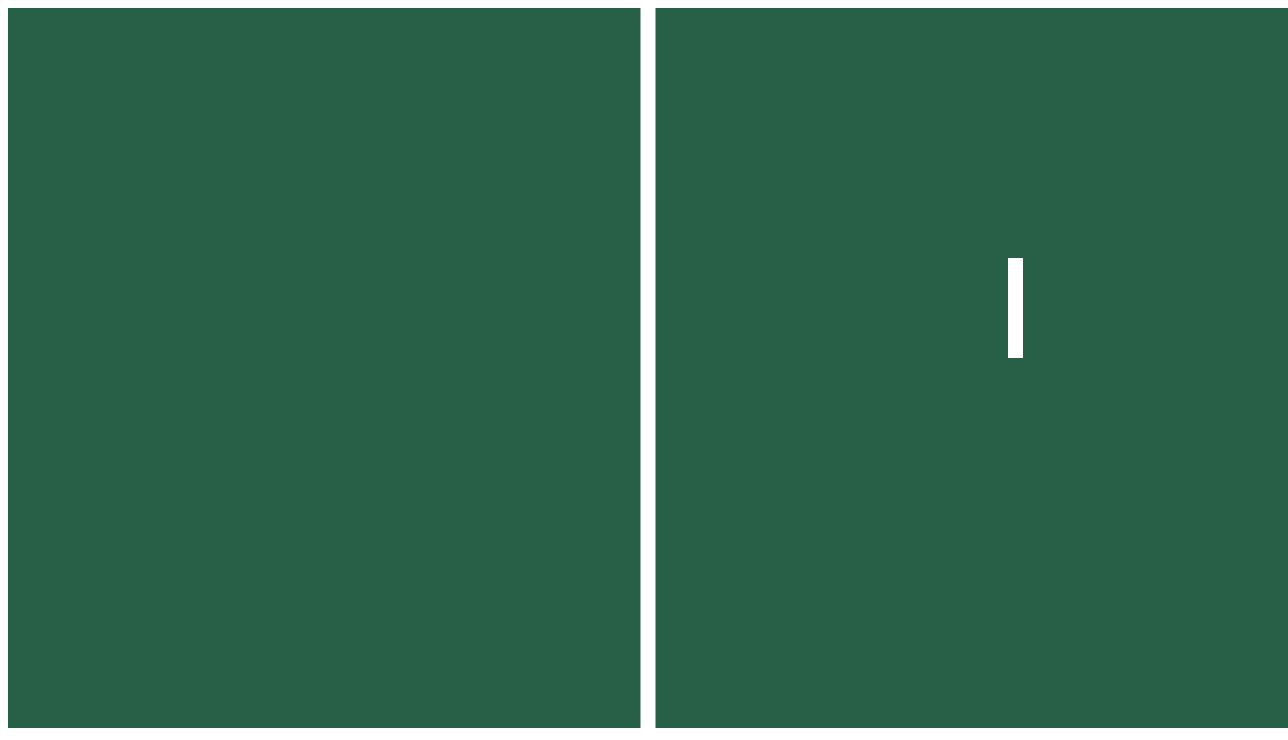
Repository: luizgaivaa/Game
Page: index.html
These files come from the project's save history. The page is drawn as it stood at one moment and after the next save; the edit follows.
The browser window is 1280 px wide. The page is 1288 px wide, so the pictures cover 1288 px, including what lies to the right of the window. The pictures show the whole page.

Above is the page before, as saved 2024-03-26 15:55:06.

After the next save:
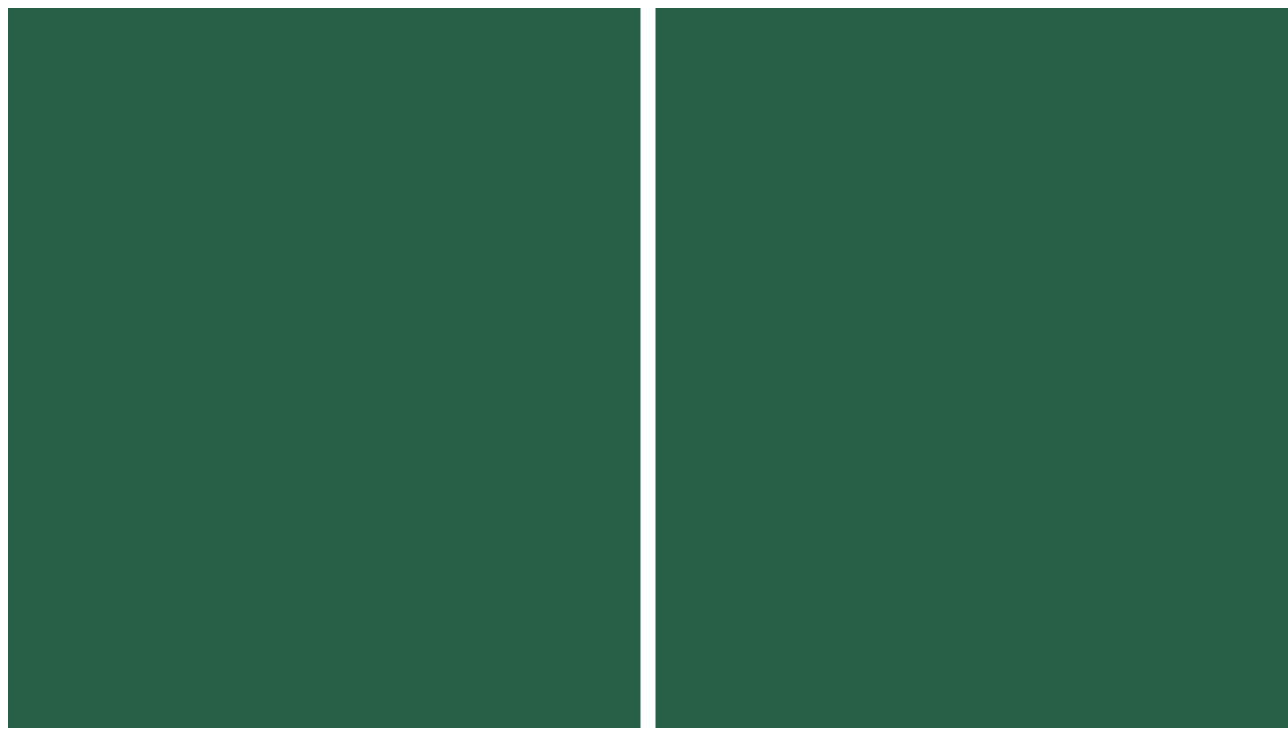
Saved 6 s later.
--- a/index.html
+++ b/index.html
@@ -28,7 +28,7 @@
             const h = window.innerHeight
 
             canvasCtx.fillRect(x,y,w,h)
-            canvasCtx.fillRect(1000,250,lineWidth,100)
+            canvasCtx.fillRect(1500,250,lineWidth,100)
         }
         setup()
         draw()
